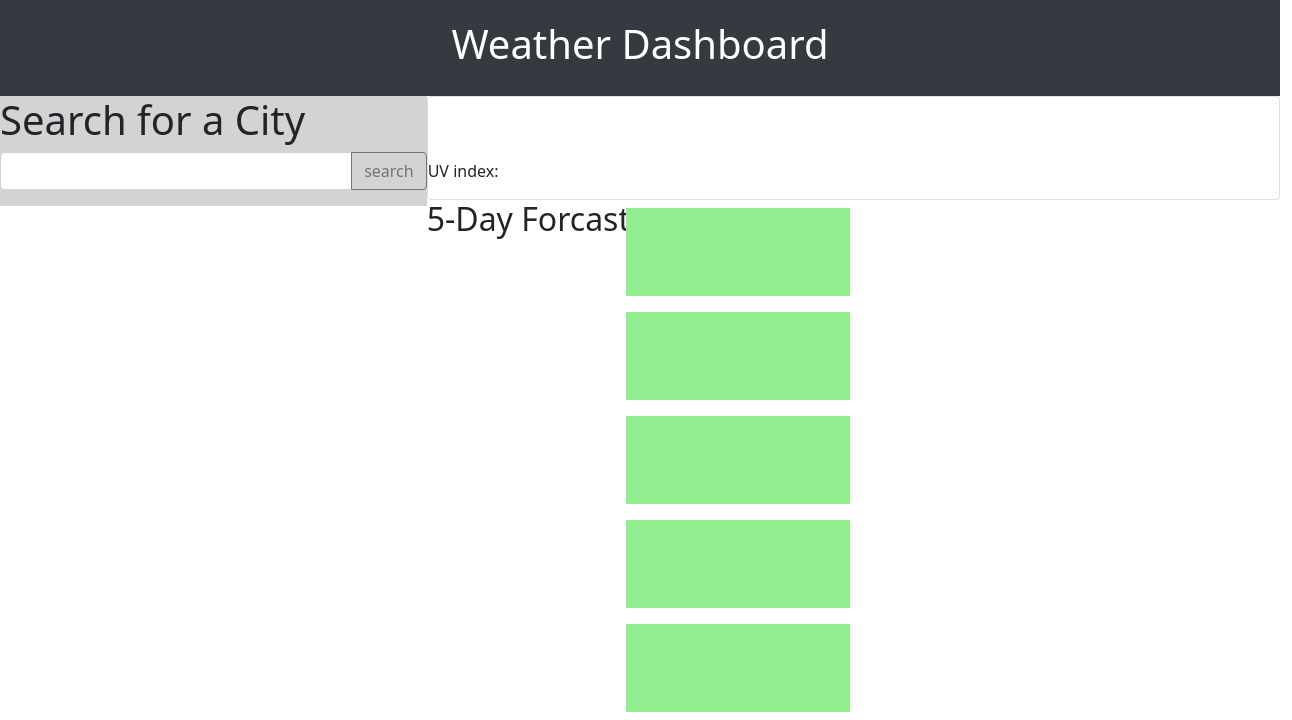
Repository: ziffoit/Weather_Dashboard
Page: index.html
The author's editor kept a copy of each file at every save. The page is drawn from the files as they stood at one save, then again after the next save.
The browser window is 1280 px wide. The page is 1280 px wide, then 1292 px, so the pictures cover 1292 px, including what lies to the right of the window. The pictures show the whole page.

Above is the page before, as saved 2021-03-27 18:51:29.
Console error: SyntaxError: Unexpected identifier 'name'

### index.html
<!DOCTYPE html>
<html lang="en">
  <head>
    <meta charset="UTF-8" />
    <meta name="viewport" content="width=device-width, initial-scale=1.0" />
    <link
      href="https://cdn.jsdelivr.net/npm/bootstrap@5.0.0-beta3/dist/css/bootstrap.min.css"
      rel="stylesheet"
      integrity="sha384-eOJMYsd53ii+scO/bJGFsiCZc+5NDVN2yr8+0RDqr0Ql0h+rP48ckxlpbzKgwra6"
      crossorigin="anonymous"
    />
    <link rel="stylesheet" href="./Assets/style.css" />
    <title>Document</title>
  </head>
  <body>
    <header id="header">
      <h1>Weather Dashboard</h1>
    </header>
    <aside class="col-md-4">
      <h1>Search for a City</h1>
      <div class="input-group mb-3">
        <input type="text" class="form-control" id="cityName" />
        <button class="btn btn-outline-secondary" id="search">search</button>
      </div>
      <div></div>
    </aside>
    <section class="col-lg-8" id="main">
      <div class="card">
        <h2>
          <span id="nameDate"></span>
          <img id="weatherIcon" />
        </h2>
        <div class="">
          <p id="temp"></p>
          <p id="humidity"></p>
          <p id="windSpeed"></p>
          <p>
            UV index:
            <span id="uv"></span>
          </p>
        </div>
      </div>
      <section class="d-flex flex-row">
        <div class="row">
          <h2>5-Day Forcast</h2>
        </div>
        <div class="row">
          <div class="card-body">
            <p id="date1"></p>
            <img id="icon1" />
            <p id="temp1"></p>
            <p id="humidity1"></p>
          </div>
          <div class="card-body">
            <p id="date2"></p>
            <img id="icon2" />
            <p id="temp2"></p>
            <p id="humidity2"></p>
          </div>
          <div class="card-body">
            <p id="date3"></p>
            <img id="icon3" />
            <p id="temp3"></p>
            <p id="humidity3"></p>
          </div>
          <div class="card-body">
            <p id="date4"></p>
            <img id="icon4" />
            <p id="temp4"></p>
            <p id="humidity4"></p>
          </div>
          <div class="card-body">
            <p id="date5"></p>
            <img id="icon5" />
            <p id="temp5"></p>
            <p id="humidity5"></p>
          </div>
        </div>
      </section>
    </section>
    <script src="https://code.jquery.com/jquery-3.6.0.min.js"></script>
    <script src="./Assets/script.js"></script>
  </body>
</html>

### Assets/style.css
#header {
  text-align: center;
  background-color: #343a40;
  padding: 20px;
}

header > h1 {
  color: white;
}

aside {
  background-color: lightgray;
  float: left;
}

#main {
  float: right;
}

.card-body {
  background-color: lightgreen;
  margin: 8px;
}

### Assets/script.js
var apiKey = "665b0a1eacab2f0c5a8cae8e0d5d8de0"

$("#search").on("click", function() {
    var cityName = $("#cityName").val()
    console.log(cityName)
    todaysWeather(cityName)
})

function todaysWeather(cityName) {
    console.log(cityName)
    //  `${var}` instead of + for concat
    fetch(`http://api.openweathermap.org/data/2.5/weather?q=${cityName}&appid=${apiKey}&units=imperial`)
    .then(function(response) {
        return response.json()
    })
    .then(function(data) {
        console.log(data)
        var nameDate = $("#nameDate")
        // adding date in javascript
        nameDate.append(`${data.name} ${new Date().toLocaleDateString()}`)
        var temp = $("#temp")
        temp.append(`Temperature: ${data.main.temp.toString().slice(0,2)}°F`)
        var humidity = $("#humidity")
        humidity.append(`Humidity: ${data.main.humidity}%`)
        var windSpeed = $("#windSpeed")
        windSpeed.append(`Wind Speed: ${data.wind.speed.toString().slice(0,3)}`)
    })
}
// 5 day forcast
api.openweathermap.org/data/2.5/forecast?q={city name}&appid={API key}

After the next save:
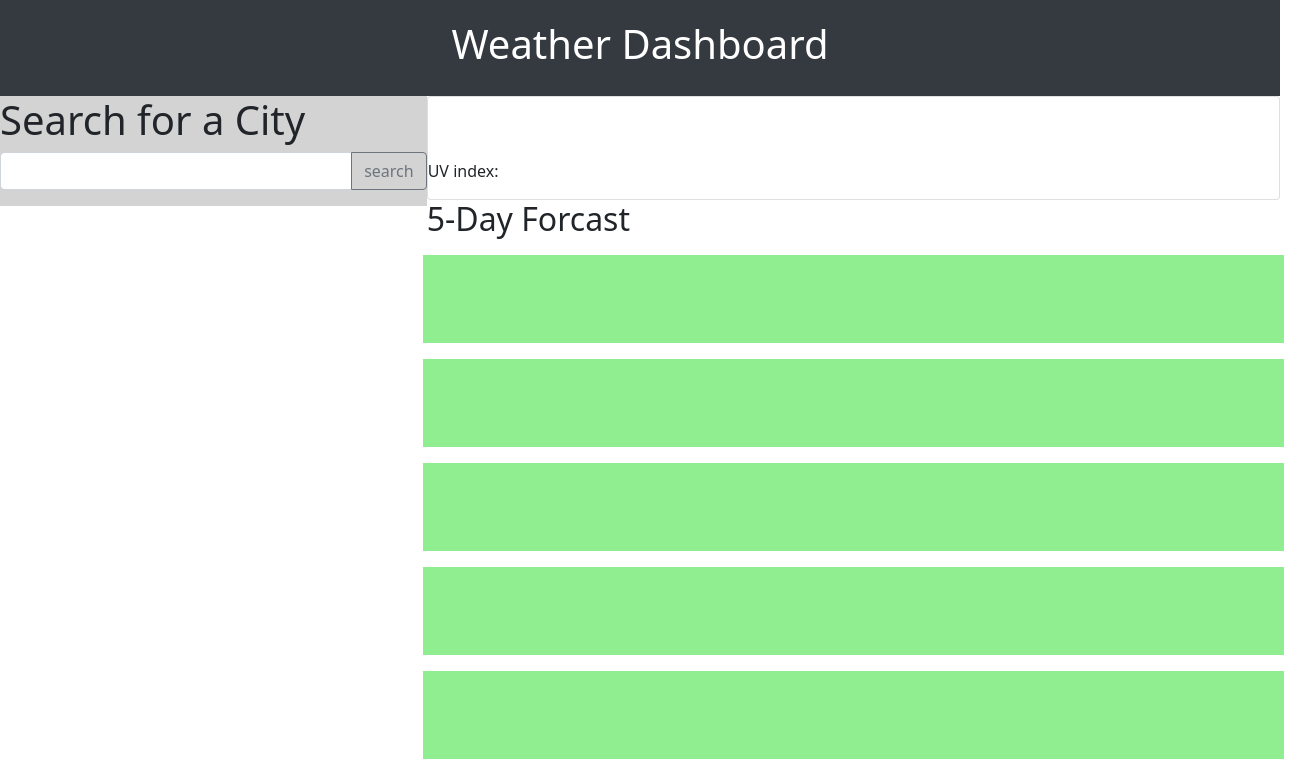
Saved 104 s later.
--- a/index.html
+++ b/index.html
@@ -40,11 +40,11 @@
           </p>
         </div>
       </div>
-      <section class="d-flex flex-row">
+      <section class="">
         <div class="row">
           <h2>5-Day Forcast</h2>
         </div>
-        <div class="row">
+        <div class="row d-flex flex-direction-row">
           <div class="card-body">
             <p id="date1"></p>
             <img id="icon1" />
